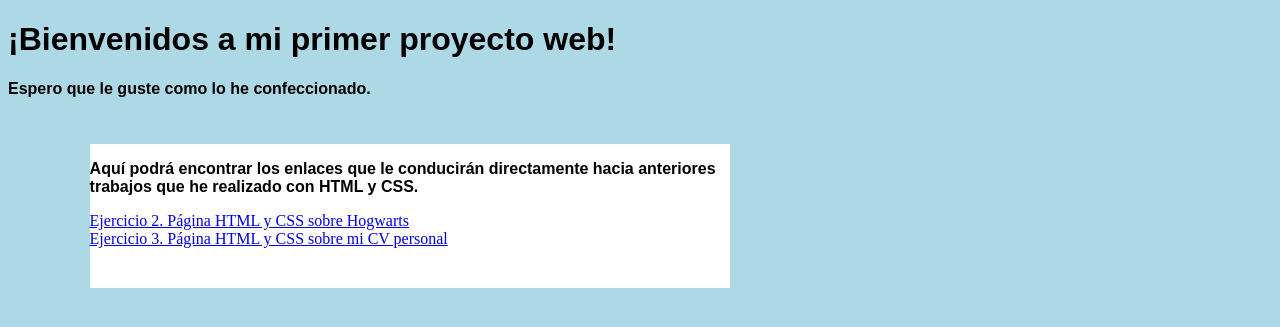
Repository: Pablosky971/Ejercicio-4.-Proyecto-Web
Page: http://localhost/Ejercicio4/
An editor plug-in stored every save of this project. The page is shown before and after the next save, followed by the edit.
The browser window is 1280 px wide. The pictures show the whole page.
The page is served by Tomcat 9.

Above is the page before, as saved 2022-03-09 12:48:57.

### Ejercicio4/src/main/webapp/index.html
<!DOCTYPE html>
<html>
<head>
<meta charset="UTF-8">
<title>Presentación</title>
<link rel="stylesheet" href="css/index.css">
</head>
<body>
	<header>
		<h1 class="titulo"> ¡Bienvenidos a mi primer proyecto web! </h1>
		<h3 class="subtitulo"> Espero que le guste como lo he confeccionado.</h3>

	</header>

	<main>

	<nav>
		<h3 class="navegacion"> Aquí podrá encontrar los enlaces que le conducirán directamente hacia anteriores trabajos que he realizado con HTML y CSS.</h3>
		<a href="ejercicio2"> Ejercicio 2. Página HTML y CSS sobre Hogwarts</a>
		<a href="ejercicio3"> Ejercicio 3. Página HTML y CSS sobre mi CV personal</a>
	</nav>
	</main>

</body>
</html>

### Ejercicio4/src/main/webapp/css/index.css
body {
	background-color: lightblue;

}
h1.titulo {
	font-family: sans-serif;
	font-size: xx-large;

}

h3.subtitulo {
	font-family: sans-serif;
	font-size: medium;
}

h3.navegacion {
	font-family: sans-serif;
	font-size: medium;
}

nav {
	background-color: white;
	position: absolute;
	top: 20%;
	left: 7%;
	width: 50%;
	height: 20%;
	display: block;
}

a {
	display: block;
}

a:hover {
	color: green;

}

After the next save:
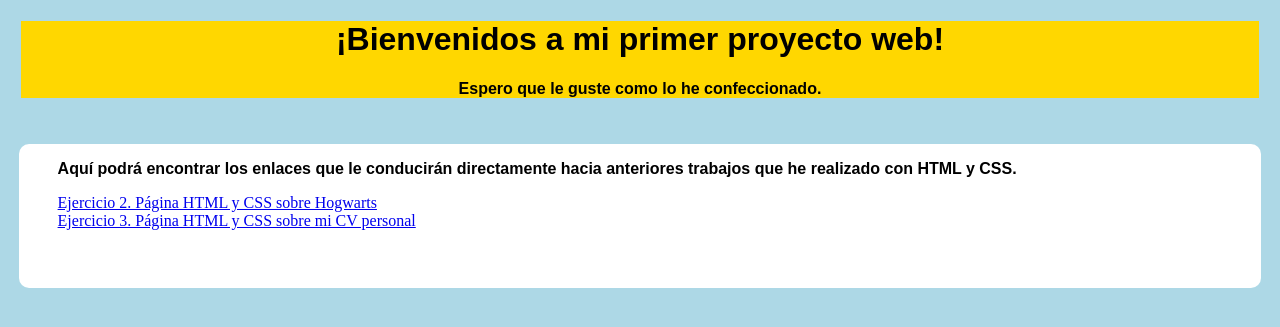
Saved 52 s later.
--- a/Ejercicio4/src/main/webapp/css/index.css
+++ b/Ejercicio4/src/main/webapp/css/index.css
@@ -1,3 +1,11 @@
+header {
+	position: relative;
+	background-color: gold;
+	height: 15%;
+	width: 98%;
+	left: 1%;
+}
+
 body {
 	background-color: lightblue;
 
@@ -5,30 +13,37 @@ body {
 h1.titulo {
 	font-family: sans-serif;
 	font-size: xx-large;
+	text-align: center;
+
 
 }
 
 h3.subtitulo {
 	font-family: sans-serif;
 	font-size: medium;
+	text-align: center;
 }
 
 h3.navegacion {
 	font-family: sans-serif;
 	font-size: medium;
+	display: block;
 }
 
 nav {
+	padding-left: 3%;
+	border-radius: 10px;
 	background-color: white;
 	position: absolute;
 	top: 20%;
-	left: 7%;
-	width: 50%;
+	left: 1.5%;
+	width: 94%;
 	height: 20%;
 	display: block;
 }
 
 a {
+
 	display: block;
 }
 
